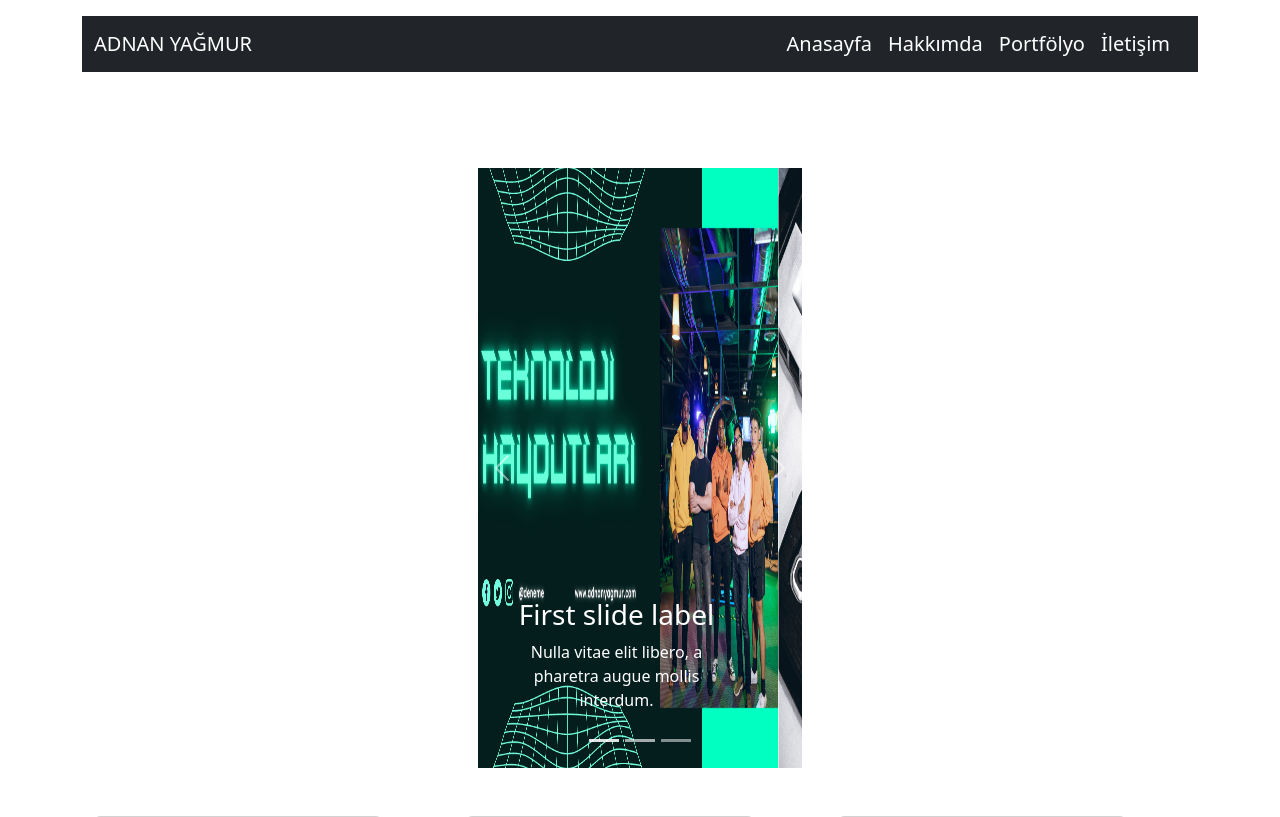
Repository: adnanyagmur/react-bootstrap-example
Page: /
An editor plug-in stored every save of this project. The page is shown before and after a run of saves, followed by the edit.
The browser window is 1280 px wide. The pictures show the part of the page from y = 0 to 817 px (the page is 1772 px tall).
Pictures or frames that could not be fetched are drawn as grey boxes. The project was rebuilt for these pictures with package versions that can differ from the ones it lists, and the page was loaded fresh each time.

Above is the page before, as saved 2022-06-29 11:26:48.

### src/index.js
import React from 'react';
import ReactDOM from 'react-dom/client';
import '../node_modules/bootstrap/dist/css/bootstrap.min.css';
import SSRProvider from 'react-bootstrap/SSRProvider';
import App from './App';


const root = ReactDOM.createRoot(document.getElementById('root'));
root.render(
  <React.StrictMode>
  <SSRProvider>
  <App />
</SSRProvider>
  </React.StrictMode>
);

### src/App.js
import { Container } from "react-bootstrap";
import  Appbar  from "./appComponents/Appbar.jsx";
import AppContainer from "./appComponents/AppContainer.jsx";
import Slider from "./appComponents/Slider.jsx";

function App() {

 return (
<Container>


<Appbar></Appbar>

<Slider></Slider>


  <AppContainer></AppContainer>
  </Container>
  );
}

export default App;

### src/appComponents/Appbar.jsx

const Appbar =()=>{

    return(
        <>
  <nav className="navbar navbar-dark bg-dark mb-5 mt-3">
  <div className="container-fluid">
    <a href="/" className="navbar-brand">ADNAN YAĞMUR</a>
    <form className="d-flex" role="search">
    <a href="/" className="navbar-brand">Anasayfa</a>
    <a href="/" className="navbar-brand">Hakkımda</a>
    <a href="/" className="navbar-brand">Portfölyo</a>
    <a href="/" className="navbar-brand">İletişim</a>

    </form>
  </div>
</nav>

</>
    )
}

export default Appbar;

### src/appComponents/AppContainer.jsx
import {Container,Card,Button, Row, Col} from "react-bootstrap"

const AppContainer = () => {

    return (
       <Container>
        <Row>
        <Col sm={8}>

            </Col>
        <Col sm={4}>

        </Col>

        </Row>
        <Row>
            <Col><Card style={{ width: '18rem' }}>

                <Card.Img className="p-3" variant="top" src="https://picsum.photos/200/200" />

                <Card.Body>
                    <Card.Title>Card Title</Card.Title>
                    <Card.Text>
                        Some quick example text to build on the card title and make up the bulk of
                        the card's content.
                    </Card.Text>
                    <Button variant="primary">Go somewhere</Button>
                </Card.Body>
            </Card></Col>
            <Col><Card style={{ width: '18rem' }}>

                <Card.Img className="p-3" variant="top" src="https://picsum.photos/200/200" />

                <Card.Body>
                    <Card.Title>Card Title</Card.Title>
                    <Card.Text>
                        Some quick example text to build on the card title and make up the bulk of
                        the card's content.
                    </Card.Text>
                    <Button variant="primary">Go somewhere</Button>
                </Card.Body>
            </Card></Col>
            <Col><Card style={{ width: '18rem' }}>

                <Card.Img className="p-3" variant="top" src="https://picsum.photos/200/200" />

                <Card.Body>
                    <Card.Title>Card Title</Card.Title>
                    <Card.Text>
                        Some quick example text to build on the card title and make up the bulk of
                        the card's content.
                    </Card.Text>
                    <Button variant="primary">Go somewhere</Button>
                </Card.Body>
            </Card></Col>
            <Col>
            <Card style={{ width: '18rem' }}>

                <Card.Img className="p-3" variant="top" src="https://picsum.photos/200/200" />

                <Card.Body>
                    <Card.Title>Card Title</Card.Title>
                    <Card.Text>
                        Some quick example text to build on the card title and make up the bulk of
                        the card's content.
                    </Card.Text>
                    <Button variant="primary">Go somewhere</Button>
                </Card.Body>
            </Card>
            </Col>
            </Row>
            </Container>


    )
}

export default AppContainer;

### src/appComponents/Slider.jsx
import { Carousel, Col, Container, Row, } from "react-bootstrap"
import Logo1 from "../assets/Logo1.png";
import Logo2 from "../assets/Logo2.png";
import Logo3 from "../assets/Logo3.png";

const Slider = () => {

  return (

  <Container className="p-5">
    <Row>
      <Col></Col>
      <Col>
        <Carousel>
          <Carousel.Item interval={1000}>
            <img
              className="d-block w-100"
              src={Logo1}
              alt="First slide"
              height="600"
            />
            <Carousel.Caption>
              <h3>First slide label</h3>
              <p>Nulla vitae elit libero, a pharetra augue mollis interdum.</p>
            </Carousel.Caption>
          </Carousel.Item>
          <Carousel.Item interval={1000}>
            <img
              className="d-block w-100"
              src={Logo2}
              alt="Second slide"
              height="600"
            />
            <Carousel.Caption>
              <h3>Second slide label</h3>
              <p>Lorem ipsum dolor sit amet, consectetur adipiscing elit.</p>
            </Carousel.Caption>
          </Carousel.Item>
          <Carousel.Item interval={1000}>
            <img
              className="d-block w-100"
              src={Logo3}
              alt="Third slide"
              height="600"
            />
            <Carousel.Caption>
              <h3>Third slide label</h3>
              <p>Praesent commodo cursus magna, vel scelerisque nisl consectetur.</p>
            </Carousel.Caption>
          </Carousel.Item>
        </Carousel>
      </Col>
      <Col>
      </Col>
    </Row>
  </Container>

  )
}
export default Slider;

Loaded but not shown: public/index.html (common file)

After the next 2 saves:
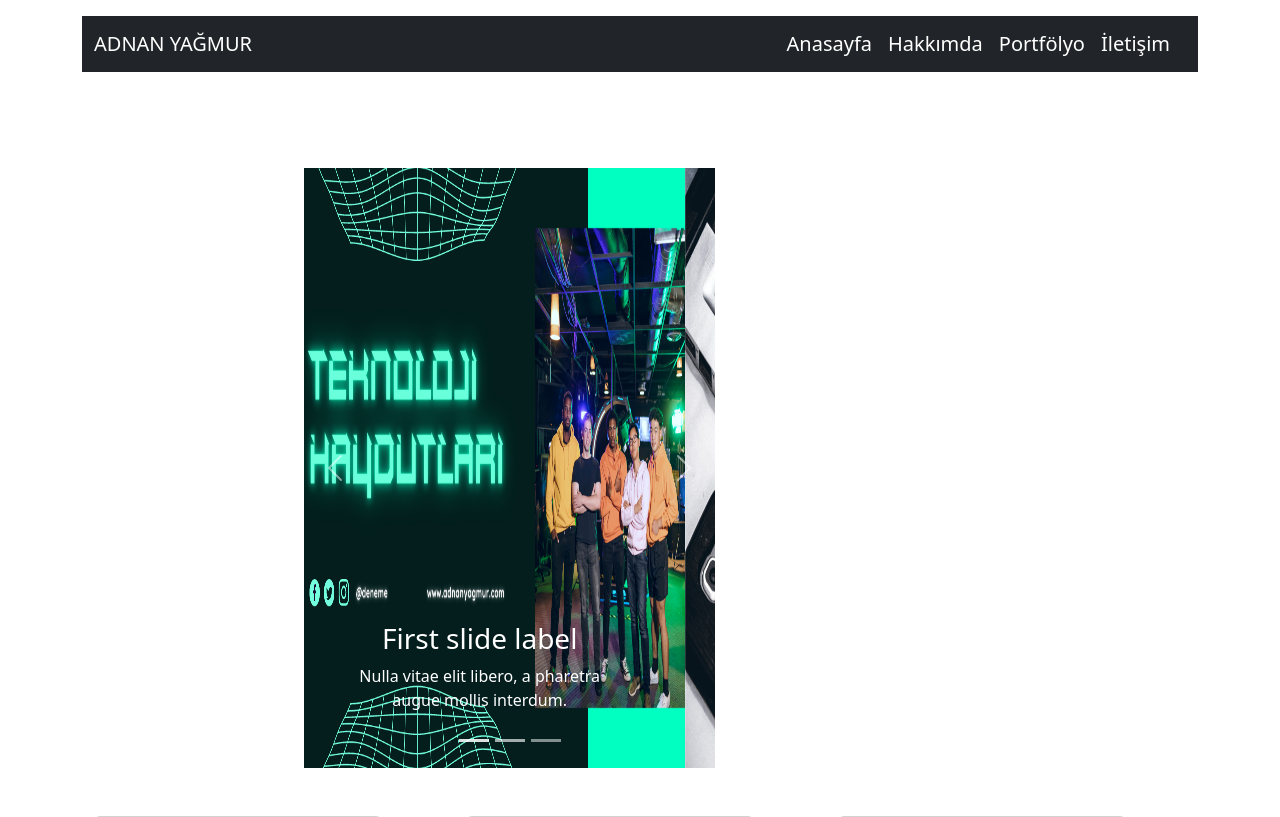
The 2 saves are shown as one change because they came seconds apart.
The last was saved 23 s later.
--- a/src/appComponents/Slider.jsx
+++ b/src/appComponents/Slider.jsx
@@ -9,7 +9,7 @@ const Slider = () => {
 
   <Container className="p-5">
     <Row>
-      <Col></Col>
+      <Col sm={2}></Col>
       <Col>
         <Carousel>
           <Carousel.Item interval={1000}>
